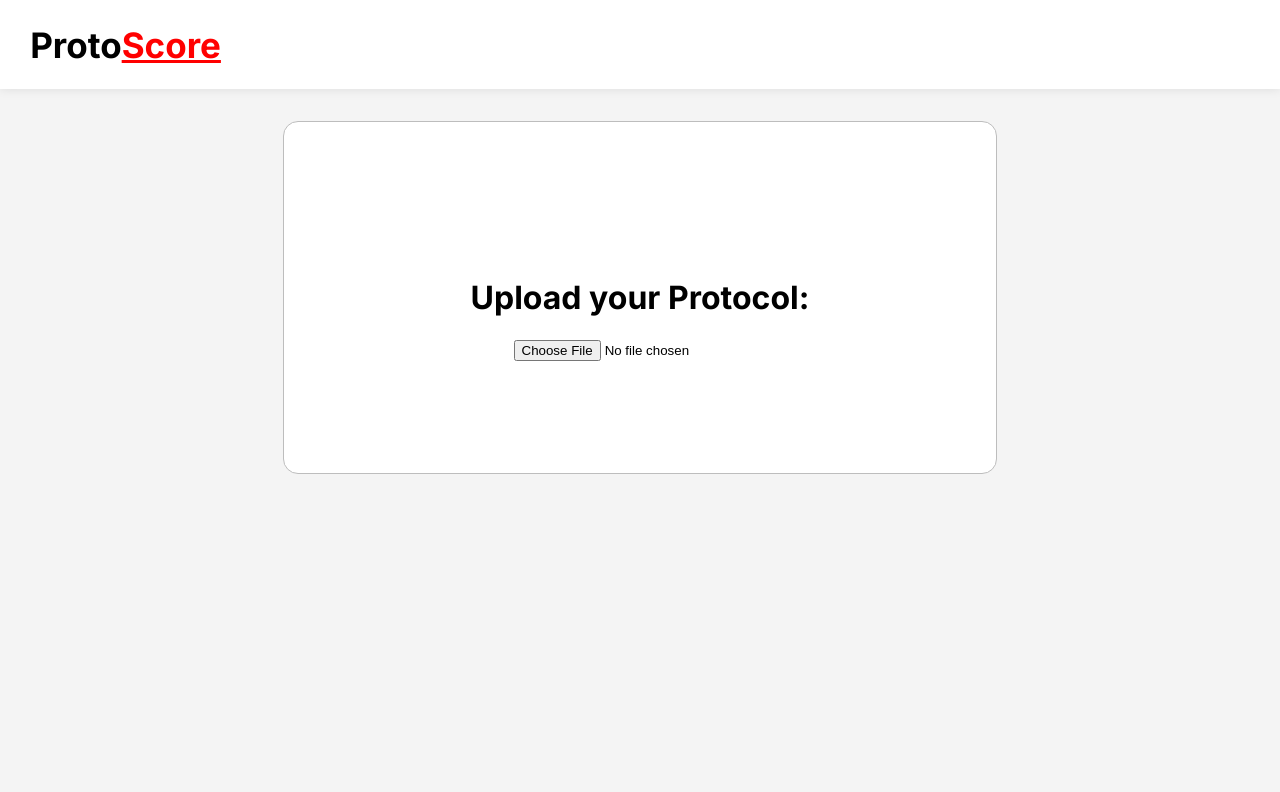
Repository: evanc108/Regeneron2024
Page: / (app in regeneron/)
These files come from the project's save history. The page is drawn as it stood at one moment and after the next save; the edit follows.
The browser window is 1280 px wide. The pictures show the whole page.
The project was rebuilt for these pictures with package versions that can differ from the ones it lists, and the page was loaded fresh each time.

Above is the page before, as saved 2024-05-14 02:09:06.

### regeneron/src/App.js
import './App.css';
import React, { useState } from 'react';
import Feedback from './pages/Feedback';


function App() {
  return (
    <div className="App">
      <div style={{backgroundColor: "white", width: "100%", padding: "0.2px", boxShadow: "0px 0px 10px rgba(0, 0, 0, 0.1)"}}>
        <h1 style={{ marginLeft: "30px", fontSize: "35px", textAlign: "left"}}>
          <span style={{color: "black"}}>Proto</span>
          <span style={{color: "red", textDecoration: "underline"}}>Score</span>
        </h1>
      </div>


      {/* <input value={inputValue} onChange={handleChange}></input>
      <button onClick={sendRequest}>Click me</button>
      <div>
        <p>Physical Burden: {burden.physical}</p>
        <p>Logistical Burden: {burden.logistical}</p>
        <p>Financial: {burden.financial}</p>
        <p>Psychological Burden: {burden.psychological}</p>
      </div> */}
      <Feedback></Feedback>
    </div>
  );
}

export default App;

### regeneron/src/App.css
.App {
  text-align: center;
  background-color: #f4f4f4;
  margin: 0;
  height: 110vh;
}

body {
  font-family: 'Inter', sans-serif;
  margin: 0;
  padding: 0;
  height: 110vh;
}

.App-logo {
  height: 40vmin;
  pointer-events: none;
}

@media (prefers-reduced-motion: no-preference) {
  .App-logo {
    animation: App-logo-spin infinite 20s linear;
  }
}

.App-header {
  background-color: #282c34;
  min-height: 100vh;
  display: flex;
  flex-direction: column;
  align-items: center;
  justify-content: center;
  font-size: calc(10px + 2vmin);
  color: white;
}

.App-link {
  color: #61dafb;
}

@keyframes App-logo-spin {
  from {
    transform: rotate(0deg);
  }
  to {
    transform: rotate(360deg);
  }
}

### regeneron/src/pages/Feedback.js
import React, { useState } from 'react';
import '../styles/feedback.css';
import { handleExtraction } from '../openAIServices';
import { PropagateLoader } from 'react-spinners';

function Feedback() {
    const [fileUploaded, setFileUploaded] = useState(false);
    const [loading, setLoading] = useState(false);
    const [burden, setBurden] = useState({});
    const [pdfUrl, setPdfUrl] = useState("");

    const handleFileUpload = async (text) => {
        setLoading(true);
        // Uncomment and use when API is connected
        // const response = await handleExtraction(text);
        // setBurden(response);
        setFileUploaded(true);
        setLoading(false);
    };

    function extractText(event) {
        const file = event.target.files[0];
        if (file) {
            const url = URL.createObjectURL(file);
            setPdfUrl(url);
            setFileUploaded(true);

            const reader = new FileReader();
            reader.onload = async (e) => {
                const text = await reader.result;
                console.log(text);
                handleFileUpload(text);
            };
            reader.readAsText(file);
        }
    }

    return (
        <div className="feedback-container">
            <div className='upload-file'>
                {!fileUploaded && !loading && (
                    <div>
                        <h1>Upload your Protocol:</h1>
                        <input
                            type="file"
                            accept=".pdf"
                            onChange={extractText}
                        />
                    </div>
                )}
                {loading && (
                    <div style={{ marginTop: "30px" }}>
                        <h2>Calculating Burden...</h2>
                        <PropagateLoader color="#36d7b7" />
                    </div>
                )}
            </div>
            {fileUploaded && !loading && (
                <div className="protocol-container">
                    <div className="iframe-container">
                        <iframe src={pdfUrl} style={{ width: '100%', height: '100%' }}></iframe>
                    </div>
                </div>
            )}
            {fileUploaded && !loading && (
                <div className="score-container">
                    <div>
                        <p style={{ fontSize: '17px', fontWeight: '300', marginBottom: '-3px' }}>Burden Score</p>
                        <span style={{ fontSize: '50px', fontWeight: '600' }}>{burden.score || 'N/A'}</span>
                    </div>
                </div>
            )}
        </div>
    );
}

export default Feedback;

### regeneron/src/styles/feedback.css
.feedback-container {
    display: flex;
    flex-direction: row;
    justify-content: center;
    margin-top: -2.5%;
}

.upload-file {
    border-color: rgb(189, 189, 189);
    border-width: 1px;
    border-style: solid;
    padding-left: 100px;
    padding-right: 100px;
    width: 40%;
    height: 30vh;
    margin-top: 5%;
    border-radius: 15px;
    background-color: white;
    overflow: hidden;
    padding-top: 10.5%;
}

.protocol-container {
    border-color: rgb(189, 189, 189);
    border-width: 1px;
    border-style: solid;
    padding-left: 100px;
    padding-right: 100px;
    width: 40%;
    height: 68vh;
    margin-top: 5%;
    border-radius: 15px;
    background-color: white;
    overflow: hidden;
    padding-top: 10.5%;
}

.score-container {
    border-color: rgb(189, 189, 189);
    border-width: 1px;
    border-style: solid;
    padding: 100px;
    width: 10%;
    height: 65.3vh;
    margin-top: 5%;
    border-radius: 15px;
    background-color: white;
    margin-left: 30px;
}

.score {
    font-size: large;
}

.unique-score {
    font-size: 86px;
    font-weight: 500;
}


.iframe-container {
    top: -28%;
    width: 130%;
    left: -15%;
    height: 150%;  /* Adjust height as needed */
    overflow: hidden;
    position: relative;
}

Loaded but not shown: regeneron/public/index.html (common file); regeneron/src/index.js (common file); regeneron/src/openAIServices.js (no copy from this time; the picture is the same without it)

After the next save:
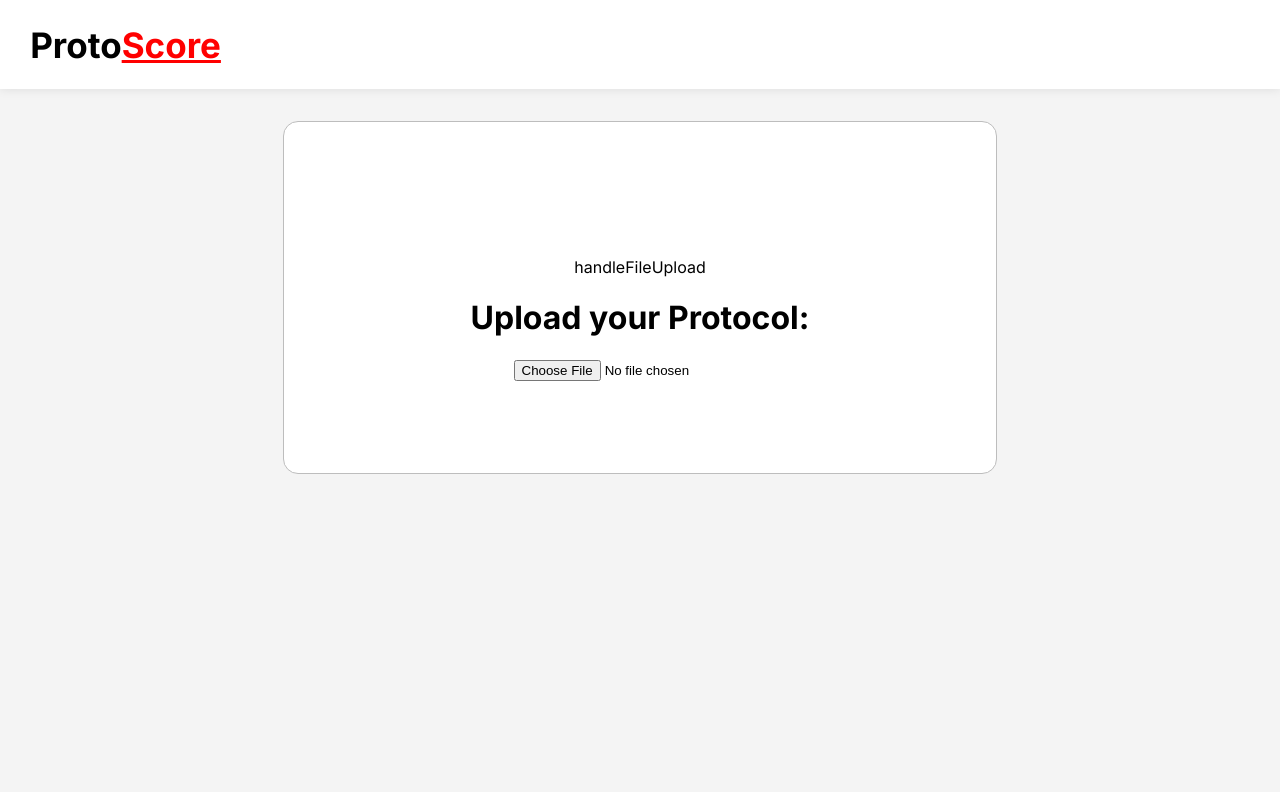
Saved 3 min 55 s later.
--- a/regeneron/src/pages/Feedback.js
+++ b/regeneron/src/pages/Feedback.js
@@ -38,6 +38,7 @@
     return (
         <div className="feedback-container">
             <div className='upload-file'>
+                handleFileUpload
                 {!fileUploaded && !loading && (
                     <div>
                         <h1>Upload your Protocol:</h1>

After the save that followed:
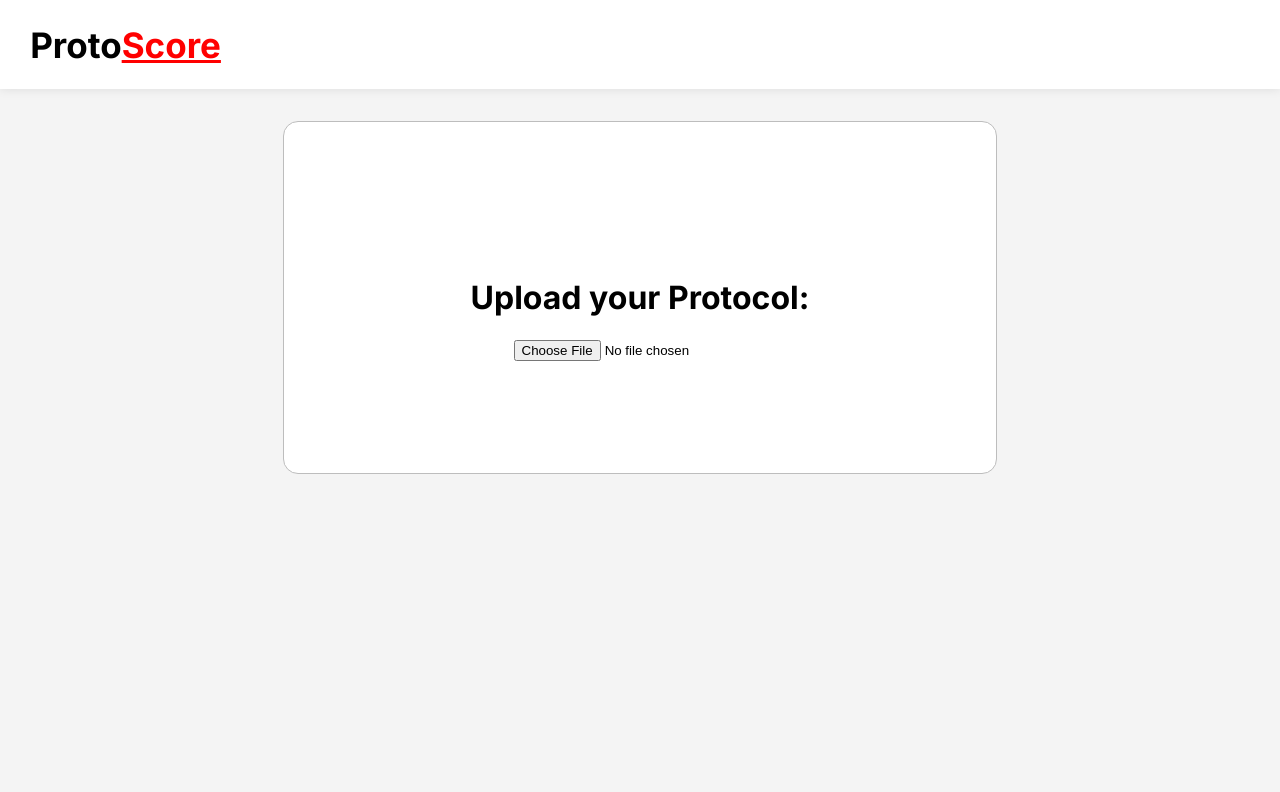
Saved 4 s later.
--- a/regeneron/src/pages/Feedback.js
+++ b/regeneron/src/pages/Feedback.js
@@ -38,7 +38,6 @@
     return (
         <div className="feedback-container">
             <div className='upload-file'>
-                handleFileUpload
                 {!fileUploaded && !loading && (
                     <div>
                         <h1>Upload your Protocol:</h1>
